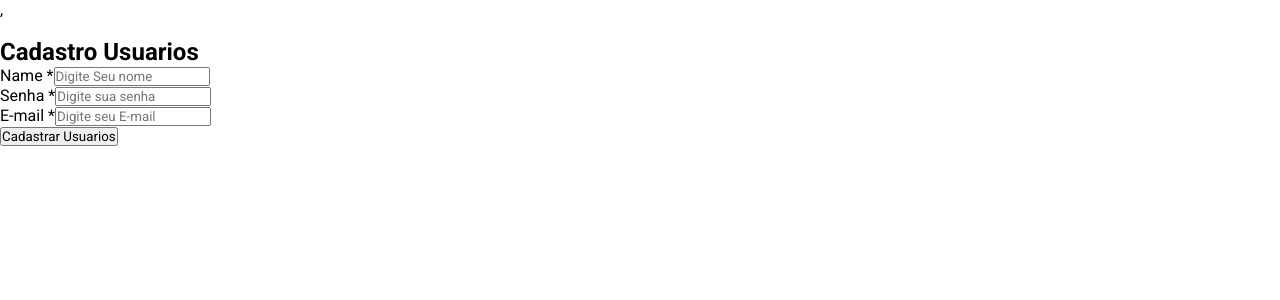
Repository: lcluizrj/meu-projeto-vscode
Page: / (app in cadastro-usuarios-devclub/)
These files come from the project's save history. The page is drawn as it stood at one moment and after a run of saves; the edit follows.
The browser window is 1280 px wide. The pictures show the whole page.
The project was rebuilt for these pictures with package versions that can differ from the ones it lists, and the page was loaded fresh each time. Also part of the build but not shown: cadastro-usuarios-devclub/vite.config.js.

Above is the page before, as saved 2026-08-15 16:44:09.

### cadastro-usuarios-devclub/index.html
<!doctype html>
<html lang="en">
  <head>
    <meta charset="UTF-8" />
    <link rel="icon" type="image/svg+xml" href="/favicon.svg" />
    <meta name="viewport" content="width=device-width, initial-scale=1.0" />
    <title>cadastro-usuarios-devclub</title>
    <link rel="preconnect" href="https://fonts.googleapis.com">
    <link rel="preconnect" href="https://fonts.gstatic.com" crossorigin>
    <link href="https://fonts.googleapis.com/css2?family=Poppins:wght@300;600&family=Roboto:ital,wght@0,100..900;1,100..900&display=swap" rel="stylesheet">
  </head>
  <body>
    <div id="root"></div>
    <script type="module" src="/src/main.jsx"></script>
  </body>
</html>

### cadastro-usuarios-devclub/src/main.jsx
import React from 'react'
import ReactDOM from 'react-dom/client'
import {GlobalStyles} from './styles/GlobalStyles.js'
import App from './App.jsx'

ReactDOM.createRoot(document.getElementById('root')).render(
  <React.StrictMode>
    <GlobalStyles/>,
    <App />
  </React.StrictMode>,
)

### cadastro-usuarios-devclub/src/styles/GlobalStyles.js
import { createGlobalStyle } from 'styled-components';

export const GlobalStyles = createGlobalStyle`
      *{
        margin: 0;
        padding:0;
        box-sizing:border-box;
        font-family: "Roboto", sans-serif;
       }
`

### cadastro-usuarios-devclub/src/App.jsx
import {Title, Container, Topbackground, Form, ContainerInputs, InputLabel, Input, Button} from "./styles"
function Home() {

return (
  <Container>
    <Topbackground>
      <img />
    </Topbackground>

    <Form>
      <Title> Cadastro Usuarios </Title>
      <ContainerInputs>
      <div>
         <div>
         <InputLabel>
         Name <span>*</span>
         </InputLabel>
         <Input type="text" placeholder="Digite Seu nome" />
         </div>

         <div>
         <InputLabel >
          Senha <span>*</span>
          </InputLabel>
         <Input type="number" placeholder="Digite sua senha"/>
         </div>

      </div>
         <div>
         <InputLabel >
          E-mail <span>*</span>
          </InputLabel>
         <Input type="e-mail" placeholder="Digite seu E-mail"/>
         </div>
      </ContainerInputs>
         <Button>Cadastrar Usuarios</Button>
    </Form>


  </Container>
)

}

export default Home

### cadastro-usuarios-devclub/src/styles.js
import styled from 'styled-components'

export const Container = styled.div ``

export const Topbackground= styled.div``

export const Form = styled.form``

export const ContainerInputs = styled.div``

export const Input = styled.input``

export const InputLabel = styled.label``

export const Button = styled.button ``

export const Title = styled.h2 ``

After the next 2 saves:
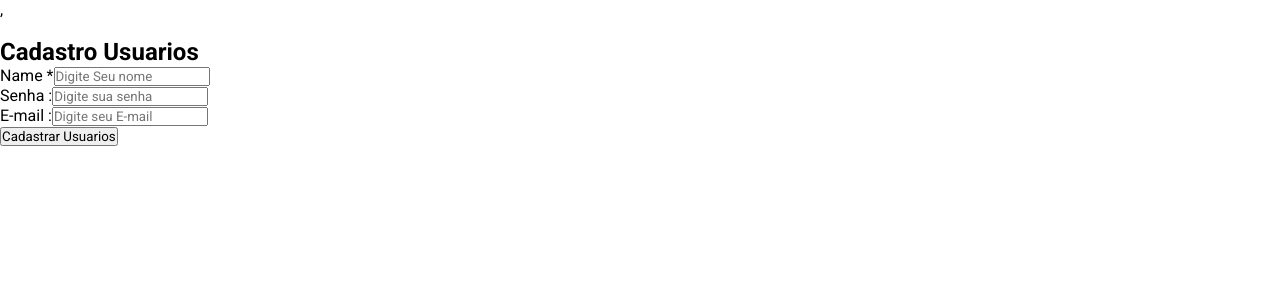
The 2 saves are shown as one change because they came seconds apart.
The last was saved 34 s later.
--- a/cadastro-usuarios-devclub/src/App.jsx
+++ b/cadastro-usuarios-devclub/src/App.jsx
@@ -20,7 +20,7 @@ return (
 
          <div>
          <InputLabel >
-          Senha <span>*</span>
+          Senha <span>:</span>
           </InputLabel>
          <Input type="number" placeholder="Digite sua senha"/>
          </div>
@@ -28,7 +28,7 @@ return (
       </div>
          <div>
          <InputLabel >
-          E-mail <span>*</span>
+          E-mail <span>:</span>
           </InputLabel>
          <Input type="e-mail" placeholder="Digite seu E-mail"/>
          </div>
